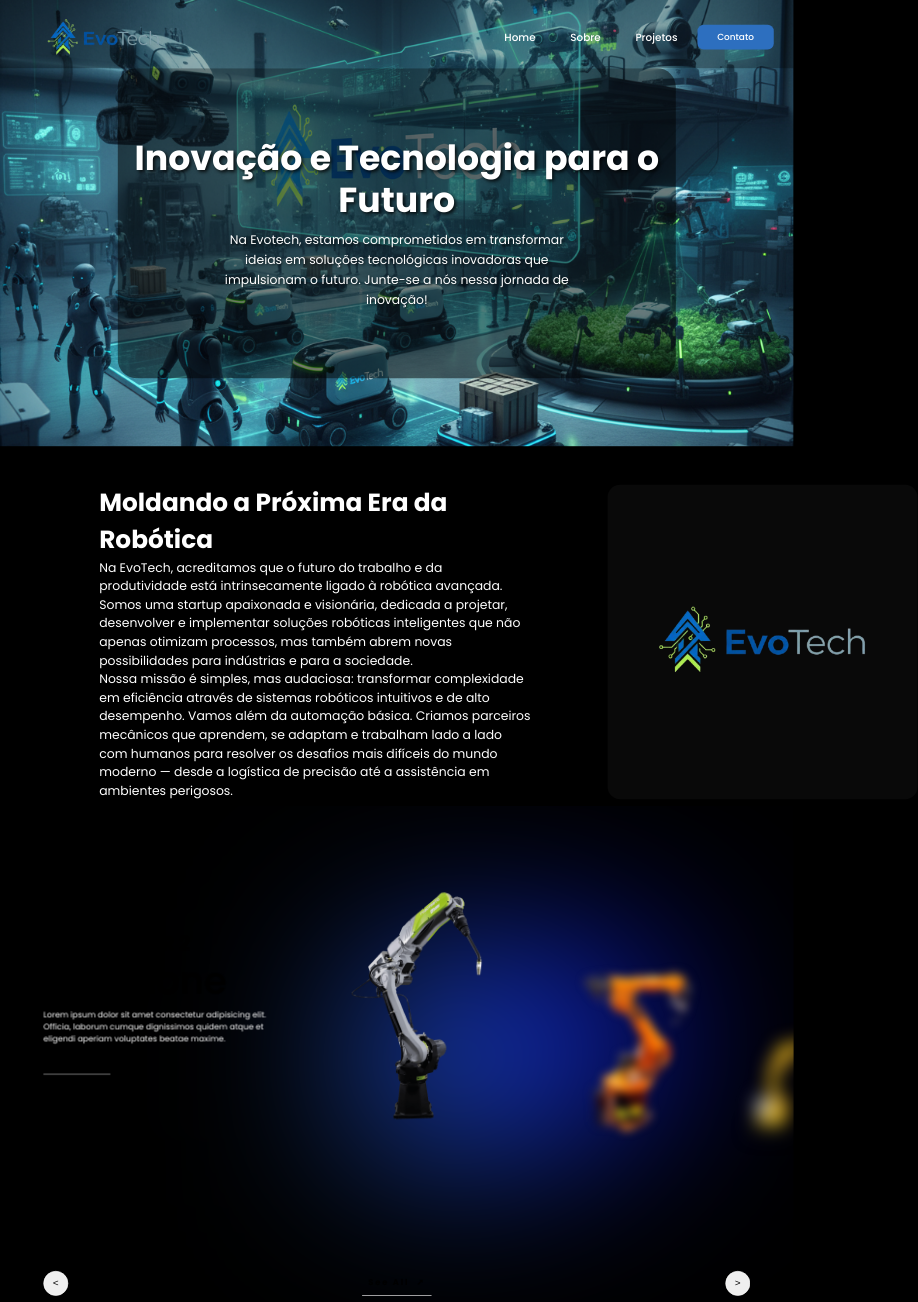
Repository: IsaacDEV10/EvoTech
Page: /
The author's editor kept a copy of each file at every save. The page is drawn from the files as they stood at one save, then again after the next save.
The browser window is 1280 px wide. The page is 1480 px wide, so the pictures cover 1480 px, including what lies to the right of the window. The pictures show the whole page, at 62% of full size.
The project was rebuilt for these pictures with package versions that can differ from the ones it lists, and the page was loaded fresh each time. Also part of the build but not shown: vite.config.js, src/App.css.

Above is the page before, as saved 2025-10-27 16:47:42.

### index.html
<!doctype html>
<html lang="en">
  <head>
    <meta charset="UTF-8" />
    <link rel="icon" type="image/svg+xml" href="/vite.svg" />
    <meta name="viewport" content="width=device-width, initial-scale=1.0" />
    <title>startup</title>
  </head>
  <body>
    <div id="root"></div>
    <script type="module" src="/src/main.jsx"></script>
  </body>
</html>

### src/index.css
@import url('https://fonts.googleapis.com/css2?family=Poppins:ital,wght@0,100;0,200;0,300;0,400;0,500;0,600;0,700;0,800;0,900;1,100;1,200;1,300;1,400;1,500;1,600;1,700;1,800;1,900&display=swap');

* {
  font-family: "poppins", sans-serif;
  margin: 0;
  box-sizing: border-box;
}

body {
  background: black ;

}

### src/App.jsx
import React from 'react';
import './App.css';
import Header from './components/Header/header';
import Hero from './components/Hero/hero';
import About from './components/About/about';
import Missao from './components/Missao/missao';
import Carousel from './components/Carousel/carousel';




const App = () => {
  return (
    <>
      <Header />
      <Hero />
      <About/>
      <Missao />
      <Carousel />
    </>
  );
}

export default App;

### src/components/Header/header.jsx
import React from 'react'
import './header.css'
import logo from '../../assets/evotech.png'
import Contact from '../Contact/contact'


const Header = () => {
  return (
    <nav className='nav-wrapper'>
        <div className='nav-content'>
            <img className='logo' src={logo} alt="" />
            <ul>
                <li>
                    <a className='menu-item' href="">Home</a>
                </li>

                <li>
                    <a className='menu-item' href="">Sobre</a>
                </li>

                <li>
                    <a className='menu-item' href="">Projetos</a>
                </li>
                <Contact/>
            </ul>
        </div>
    </nav>
  )
}

export default Header

### src/components/Hero/hero.jsx
import React from "react";
import "./hero.css";
import heroImage from "../../assets/bg-evotech.png";

const Hero = () => {
  return (
    <section className="hero-container" id="home">
        <div className="hero-content">
            <img className="img-bg" src={heroImage} alt="hero" />
        </div>
        <div className="description">
            <h1>
                Inovação e Tecnologia para o Futuro
            </h1>
            <p>
                Na Evotech, estamos comprometidos em transformar ideias em soluções tecnológicas inovadoras que impulsionam o futuro. Junte-se a nós nessa jornada de inovação!
            </p>
        </div>
    </section>
  );
};

export default Hero;

### src/components/About/about.jsx
import React from "react";
import "./about.css";
import Logo from "../../assets/evotech.png"

const About = () => {
    return (
        <section className="about-container" id="home">
            <div className="about-content">
                <div className="about-text-content">
                    <h1>Moldando a Próxima Era da Robótica</h1>
                    <p>Na EvoTech, acreditamos que o futuro do trabalho e da produtividade está intrinsecamente ligado à robótica avançada. Somos uma startup apaixonada e visionária, dedicada a projetar, desenvolver e implementar soluções robóticas inteligentes que não apenas otimizam processos, mas também abrem novas possibilidades para indústrias e para a sociedade. <br /> Nossa missão é simples, mas audaciosa: transformar complexidade em eficiência através de sistemas robóticos intuitivos e de alto desempenho.

Vamos além da automação básica. Criamos parceiros mecânicos que aprendem, se adaptam e trabalham lado a lado com humanos para resolver os desafios mais difíceis do mundo moderno — desde a logística de precisão até a assistência em ambientes perigosos.</p>
                </div>
                <div className="about-image">
                    <img src={Logo} alt="Logo da EvoTech" />
                </div>
            </div>
        </section>
    );
};

export default About;

### src/components/Missao/missao.jsx
import React from "react";
import Carousel from "../Carousel/carousel";



const Missao = () => {
    return (
        <section>
        </section>
    );
};

export default Missao;

### src/components/Contact/contact.jsx
import React from 'react';
import Popup from 'reactjs-popup';
import './contact.css';
import { FaInstagram } from 'react-icons/fa';
import { MdPhone } from 'react-icons/md';
import { FiMail } from 'react-icons/fi';

const Contact = () => (
  <Popup
    trigger={<button className="contact-btn"> Contato </button>}
    modal
    animation="fade"
    overlayClassName="custom-overlay"
    contentClassName="custom-modal-content"
  >
    {close => (
      <div className="popup-container">
        {}
        <button
          onClick={close}
          className="popup-close-button"
        >
          &times;
        </button>

        {}
        <div className="popup-header">
          <h2>Fale Conosco!</h2>
          <p>Escolha o melhor canal de contato:</p>
        </div>


        {}
        <div className="icon-container">

          {}
          <a href="URL_DO_INSTAGRAM" target="_blank" rel="noopener noreferrer">
            {}
            <FaInstagram size={35} color="#E1306C" />
          </a>

          {}
          <a href="tel:+5511987654321">
            <MdPhone size={35} color="#25D366" />
          </a>

          {}
          <a href="mailto:seu.email@exemplo.com">
            <FiMail size={35} color="#DB4437" />
          </a>

        </div>


      </div>
    )}
  </Popup>
);

export default Contact;

### src/components/Hero/hero.css
.hero-container {
    height: auto;
    min-height: 100vh;
    width: 100%;
    position: relative;
    overflow: hidden;
    display: flex;
    align-items: center;
    justify-content: center;

}

.img-bg {
    width: 100%;
    height: 100%;
    object-fit: cover;
    position: absolute;
    top: 0;
    left: 0;
    z-index: 1;
}

.description {
    position: relative;
    z-index: 2;
    display: flex;
    align-items: center;
    justify-content: center;
    flex-direction: column;
    color: #fff;
    padding: 20px;
    text-align: center;
    max-width: 900px;
    height: 500px;
    margin: 0 auto;
    background-color: #00000081;
    border-radius: 30px;
}

.description h1 {
    font-size: 3.5rem; /* Ajuste para um tamanho grande, mas controlado */
    line-height: 1.2;
    margin-bottom: 15px;
    text-shadow: 3px 3px 6px rgba(0, 0, 0, 0.8);
    font-weight: bold;
}

.description p {
    font-size: 1.25rem; /* Ajuste para um tamanho mais moderado */
    line-height: 1.6;
    max-width: 600px; /* Reduzindo a largura máxima do parágrafo */
    text-shadow: 2px 2px 4px rgba(0, 0, 0, 0.7);
}

/* Media Queries para manter a responsividade em telas menores */
@media (max-width: 992px) {
    .description h1 {
        font-size: 3rem;
    }
    .description p {
        font-size: 1.15rem;
    }
}

@media (max-width: 768px) {
    .hero-container {
        min-height: 80vh;
    }
    .description h1 {
        font-size: 2.5rem; /* Tamanho bom para tablets e celulares grandes */
        margin-bottom: 10px;
    }
    .description p {
        font-size: 1rem;
        max-width: 90%;
    }
}

@media (max-width: 480px) {
    .description h1 {
        font-size: 2rem; /* Tamanho para celulares pequenos */
    }
    .description p {
        font-size: 0.95rem;
    }
}

### src/components/About/about.css
.about-container {
    padding: 60px 40px;
}

.about-content {
    display: flex;
    flex-direction: row;
    align-items: center;
    gap: 120px;
    max-width: 1500px;
    margin: 0 120px;
}

.about-text-content {
    flex: 1;
    color: #fff;
    min-width: 700px;
    font-family: 'Poppins', sans-serif;
}
.about-text-content h1 {
    font-size: 40px;
}

.about-text-content p {
    font-size: 20px
}

.about-image {
    flex: 1;
    width: 800px;
    text-align: center;
    background-color: #ffffff09;
    border-radius: 20px;
}

@media (max-width: 768px) {
    .about-content {
        flex-direction: column;
        text-align: center;
    }

    .about-text-content {
        order: 2;
    }

    .about-image {
        order: 1;
        width: 80%;
        margin-bottom: 20px;
    }
}

### src/components/Carousel/carousel.css
@import url('https://fonts.googleapis.com/css2?family=Poppins:ital,wght@0,100;0,200;0,300;0,400;0,500;0,600;0,700;0,800;0,900;1,100;1,200;1,300;1,400;1,500;1,600;1,700;1,800;1,900&display=swap');
body{
    margin: 0;
    font-family: Poppins;
}
:root{
    --item1-transform: translateX(-100%) translateY(-5%) scale(1.5);
    --item1-filter: blur(30px);
    --item1-zIndex: 11;
    --item1-opacity: 0;

    --item2-transform: translateX(0);
    --item2-filter: blur(0px);
    --item2-zIndex: 10;
    --item2-opacity: 1;

    --item3-transform: translate(50%,10%) scale(0.8);
    --item3-filter: blur(10px);
    --item3-zIndex: 9;
    --item3-opacity: 1;

    --item4-transform: translate(90%,20%) scale(0.5);
    --item4-filter: blur(30px);
    --item4-zIndex: 8;
    --item4-opacity: 1;

    --item5-transform: translate(120%,30%) scale(0.3);
    --item5-filter: blur(40px);
    --item5-zIndex: 7;
    --item5-opacity: 0;
}
header{
    width: 1140px;
    max-width: 90%;
    display: flex;
    justify-content: space-between;
    margin: auto;
    height: 50px;
    align-items: center;
}
header .logo{
    font-weight: bold;
}
header nav a{
    margin-left: 30px;
    text-decoration: none;
    color: #ffff;
    font-weight: 500;
}

/* carousel */
.carousel{
    position: relative;
    height: 800px;
    overflow: hidden;
    margin-top: -50px;
}
.carousel .list{
    position: absolute;
    width: 1140px;
    max-width: 90%;
    height: 80%;
    left: 50%;
    transform: translateX(-50%);
}
.carousel .list .item{
    position: absolute;
    left: 0%;
    width: 70%;
    height: 100%;
    font-size: 15px;
    transition: left 0.5s, opacity 0.5s, width 0.5s;
}
.carousel .list .item:nth-child(n + 6){
    opacity: 0;
}
.carousel .list .item:nth-child(2){
    z-index: 10;
    transform: translateX(0);
}
.carousel .list .item img{
    width: 50%;
    position: absolute;
    right: 0;
    top: 50%;
    transform: translateY(-50%);
    transition: right 1.5s;
}

.carousel .list .item .introduce{
    opacity: 0;
    pointer-events: none;
}
.carousel .list .item:nth-child(2) .introduce{
    opacity: 1;
    pointer-events: auto;
    width: 400px;
    position: absolute;
    top: 50%;
    transform:  translateY(-50%);
    transition: opacity 0.5s;
}
.carousel .list .item .introduce .title{
    font-size: 2em;
    font-weight: 500;
    line-height: 1em;
}
.carousel .list .item .introduce .topic{
    font-size: 4em;
    font-weight: 500;
}
.carousel .list .item .introduce .des{
    font-size: small;
    color: #fff;
}
.carousel .list .item .introduce .seeMore{
    font-family: Poppins;
    margin-top: 1.2em;
    padding: 5px 0;
    border: none;
    border-bottom: 1px solid #fff;
    background-color: transparent;
    font-weight: bold;
    letter-spacing: 3px;
    transition: background 0.5s;
}
.carousel .list .item .introduce .seeMore:hover{
    background: #eee;
}
.carousel .list .item:nth-child(1){
    transform: var(--item1-transform);
    filter: var(--item1-filter);
    z-index: var(--item1-zIndex);
    opacity: var(--item1-opacity);
    pointer-events: none;
}
.carousel .list .item:nth-child(3){
    transform: var(--item3-transform);
    filter: var(--item3-filter);
    z-index: var(--item3-zIndex);
}
.carousel .list .item:nth-child(4){
    transform: var(--item4-transform);
    filter: var(--item4-filter);
    z-index: var(--item4-zIndex);
}
.carousel .list .item:nth-child(5){
    transform: var(--item5-transform);
    filter: var(--item5-filter);
    opacity: var(--item5-opacity);
    pointer-events: none;
}
/* animation text in item2 */
.carousel .list .item:nth-child(2) .introduce .title,
.carousel .list .item:nth-child(2) .introduce .topic,
.carousel .list .item:nth-child(2) .introduce .des,
.carousel .list .item:nth-child(2) .introduce .seeMore{
    opacity: 0;
    animation: showContent 0.5s 1s ease-in-out 1 forwards;
}
@keyframes showContent{
    from{
        transform: translateY(-30px);
        filter: blur(10px);
    }to{
        transform: translateY(0);
        opacity: 1;
        filter: blur(0px);
    }
}
.carousel .list .item:nth-child(2) .introduce .topic{
    animation-delay: 1.2s;
}
.carousel .list .item:nth-child(2) .introduce .des{
    animation-delay: 1.4s;
}
.carousel .list .item:nth-child(2) .introduce .seeMore{
    animation-delay: 1.6s;
}
/* next click */
.carousel.next .item:nth-child(1){
    animation: transformFromPosition2 0.5s ease-in-out 1 forwards;
}
@keyframes transformFromPosition2{
    from{
        transform: var(--item2-transform);
        filter: var(--item2-filter);
        opacity: var(--item2-opacity);
    }
}
.carousel.next .item:nth-child(2){
    animation: transformFromPosition3 0.7s ease-in-out 1 forwards;
}
@keyframes transformFromPosition3{
    from{
        transform: var(--item3-transform);
        filter: var(--item3-filter);
        opacity: var(--item3-opacity);
    }
}
.carousel.next .item:nth-child(3){
    animation: transformFromPosition4 0.9s ease-in-out 1 forwards;
}
@keyframes transformFromPosition4{
    from{
        transform: var(--item4-transform);
        filter: var(--item4-filter);
        opacity: var(--item4-opacity);
    }
}
.carousel.next .item:nth-child(4){
    animation: transformFromPosition5 1.1s ease-in-out 1 forwards;
}
@keyframes transformFromPosition5{
    from{
        transform: var(--item5-transform);
        filter: var(--item5-filter);
        opacity: var(--item5-opacity);
    }
}
/* previous */
.carousel.prev .list .item:nth-child(5){
    animation: transformFromPosition4 0.5s ease-in-out 1 forwards;
}
.carousel.prev .list .item:nth-child(4){
    animation: transformFromPosition3 0.7s ease-in-out 1 forwards;
}
.carousel.prev .list .item:nth-child(3){
    animation: transformFromPosition2 0.9s ease-in-out 1 forwards;
}
.carousel.prev .list .item:nth-child(2){
    animation: transformFromPosition1 1.1s ease-in-out 1 forwards;
}
@keyframes transformFromPosition1{
    from{
        transform: var(--item1-transform);
        filter: var(--item1-filter);
        opacity: var(--item1-opacity);
    }
}

/* detail  */
.carousel .list .item .detail{
    opacity: 0;
    pointer-events: none;
}
/* showDetail */
.carousel.showDetail .list .item:nth-child(3),
.carousel.showDetail .list .item:nth-child(4){
    left: 100%;
    opacity: 0;
    pointer-events: none;
}
.carousel.showDetail .list .item:nth-child(2){
    width: 100%;
}
.carousel.showDetail .list .item:nth-child(2) .introduce{
    opacity: 0;
    pointer-events: none;
}
.carousel.showDetail .list .item:nth-child(2) img{
    right: 50%;
}
.carousel.showDetail .list .item:nth-child(2) .detail{
    opacity: 1;
    width: 50%;
    position: absolute;
    right: 0;
    top: 50%;
    transform: translateY(-50%);
    text-align: right;
    pointer-events: auto;
}
.carousel.showDetail .list .item:nth-child(2) .detail .title{
    font-size: 4em;
}
.carousel.showDetail .list .item:nth-child(2) .detail .specifications{
    display: flex;
    gap: 10px;
    width: 100%;
    border-top: 1px solid #fff;
    margin-top: 20px;
}
.carousel.showDetail .list .item:nth-child(2) .detail .specifications div{
    width: 90px;
    text-align: center;
    flex-shrink: 0;
}
.carousel.showDetail .list .item:nth-child(2) .detail .specifications div p:nth-child(1){
    font-weight: bold;
}
.carousel.carousel.showDetail .list .item:nth-child(2) .checkout button{
    font-family: Poppins;
    background-color: transparent;
    border: 1px solid #ffff;
    margin-left: 5px;
    padding: 5px 10px;
    letter-spacing: 2px;
    font-weight: 500;
}
.carousel.carousel.showDetail .list .item:nth-child(2) .checkout button:nth-child(2){
    background-color: #693EFF;
    color: #eee;
}
.carousel.showDetail .list .item:nth-child(2) .detail  .title,
.carousel.showDetail .list .item:nth-child(2) .detail  .des,
.carousel.showDetail .list .item:nth-child(2) .detail .specifications,
.carousel.showDetail .list .item:nth-child(2) .detail .checkout{
    opacity: 0;
    animation: showContent 0.5s 1s ease-in-out 1 forwards;
}
.carousel.showDetail .list .item:nth-child(2) .detail  .des{
    animation-delay: 1.2s;
}
.carousel.showDetail .list .item:nth-child(2) .detail .specifications{
    animation-delay: 1.4s;
}
.carousel.showDetail .list .item:nth-child(2) .detail .checkout{
    animation-delay: 1.6s;
}
.arrows{
    position: absolute;
    bottom: 10px;
    width: 1140px;
    max-width: 90%;
    display: flex;
    justify-content: space-between;
    left: 50%;
    transform: translateX(-50%);
}
#prev,
#next{
    width: 40px;
    height: 40px;
    border-radius: 50%;
    font-family: monospace;
    border: 1px solid #ffff;
    font-size: large;
    bottom: 20%;
    left: 10%;
}
#next{
    left: unset;
    right: 10%;
}
#back{
    position: absolute;
    z-index: 100;
    bottom: 0%;
    left: 50%;
    transform: translateX(-50%);
    border: none;
    border-bottom: 1px solid #fff;
    font-family: Poppins;
    font-weight: bold;
    letter-spacing: 3px;
    background-color: transparent;
    padding: 10px;
    /* opacity: 0; */
    transition: opacity 0.5s;
}
.carousel.showDetail #back{
    opacity: 1;
}
.carousel.showDetail #prev,
.carousel.showDetail #next{
    opacity: 0;
    pointer-events: none;
}
.carousel::before{
    width: 500px;
    height: 300px;
    content: '';
    background-image: linear-gradient(70deg, #2D6FBF, blue);
    position: absolute;
    z-index: -1;
    border-radius: 20% 30% 80% 10%;
    filter: blur(150px);
    top: 50%;
    left: 50%;
    transform: translate(-10%, -50%);
    transition: 1s;
}
.carousel.showDetail::before{
    transform: translate(-100%, -50%) rotate(90deg);
    filter: blur(130px);
}
@media screen and (max-width: 991px){
    /* ipad, tablets */
    .carousel .list .item{
        width: 90%;
    }
    .carousel.showDetail .list .item:nth-child(2) .detail .specifications{
        overflow: auto;
    }
    .carousel.showDetail .list .item:nth-child(2) .detail .title{
        font-size: 2em;
    }
}
@media screen and (max-width: 767px){
    /* mobile */
    .carousel{
        height: 600px;
    }
    .carousel .list .item{
        width: 100%;
        font-size: 10px;
    }

    .carousel .list{
        height: 100%;
    }
    .carousel .list .item:nth-child(2) .introduce{
        width: 50%;
    }

    .carousel .list .item img{
        width: 40%;
    }
    .carousel.showDetail .list .item:nth-child(2) .detail{
        backdrop-filter: blur(10px);
        font-size: small;
    }
    .carousel .list .item:nth-child(2) .introduce .des,
    .carousel.showDetail .list .item:nth-child(2) .detail .des{
        height: 100px;
        overflow: auto;
    }
    .carousel.showDetail .list .item:nth-child(2) .detail .checkout{
        display: flex;
        width: max-content;
        float: right;
    }
}

### src/components/Contact/contact.css
.custom-overlay {
  background-color: #282C34;
  transition: opacity 0.3s ease-in-out;
}

.contact-btn {
    font-size: 0.9rem;
    font-weight: 500;
    display: flex;
    align-items: center;
    justify-content: center;
    color: #fff;
    background:#2D6FBF;
    padding: 0.6rem 2rem;
    border: none;
    outline: 1.5px solid transparent;
    border-radius: 10px;
    cursor: pointer;
    transition: all 0.3s ease;
}

.contact-btn a {
    text-decoration: none;
    color: #fff;
}

.contact-btn:hover {
    color: black;
    background: #76F014;
    outline: 1.5px solid black;
}

.custom-modal-content {
    opacity: 0;
    animation: fadeIn 0.3s ease-in-out;
  z-index: 1000;
}

.popup-container{
  background-color: #282C34;
  padding: 50px !important;
  border-radius: 15px !important;
  border: none !important;
  box-shadow: 0 4px 12px rgba(0, 0, 0, 0.2) !important;
  animation: fadeIn 0.3s ease-in-out;
  z-index: 1000;
  width: 400px;
}

.popup-header {
  text-align: center;
  margin-bottom: 20px;
  color: #76F014;
}

.icon-container {
  display: flex;
  justify-content: space-around;
  margin-top: 30px;
  margin-bottom: 30px;
  padding: 20px;
}

.popup-close-button {
  position: absolute;
  top: 10px;
  right: 10px;
  border: none;
  background: none;
  font-size: 1.5rem;
  cursor: pointer;
  color: #ffffff;
}

.popup-footer-button {
  margin-top: 20px;
  padding: 10px 20px;
  cursor: pointer;
  border: 1px solid #ccc;
  border-radius: 4px;
  background-color: #f0f0f0;
  color: #333;
  width: 100%;
}

.custom-modal-content.popup-content-enter-active {
    opacity: 1 !important;
    transform: scale(1) !important;
}

.custom-overlay.popup-overlay-enter-active {
    opacity: 1 !important;
}

.custom-modal-content.popup-content-exit {
    opacity: 0 !important;
    transform: scale(0.95) !important;
}

.custom-overlay.popup-overlay-exit {
    opacity: 0 !important;
}

Loaded but not shown: src/main.jsx (common file); src/components/Carousel/carousel.jsx (138 lines, source omitted); src/components/Header/header.css (141 lines, source omitted)

After the next save:
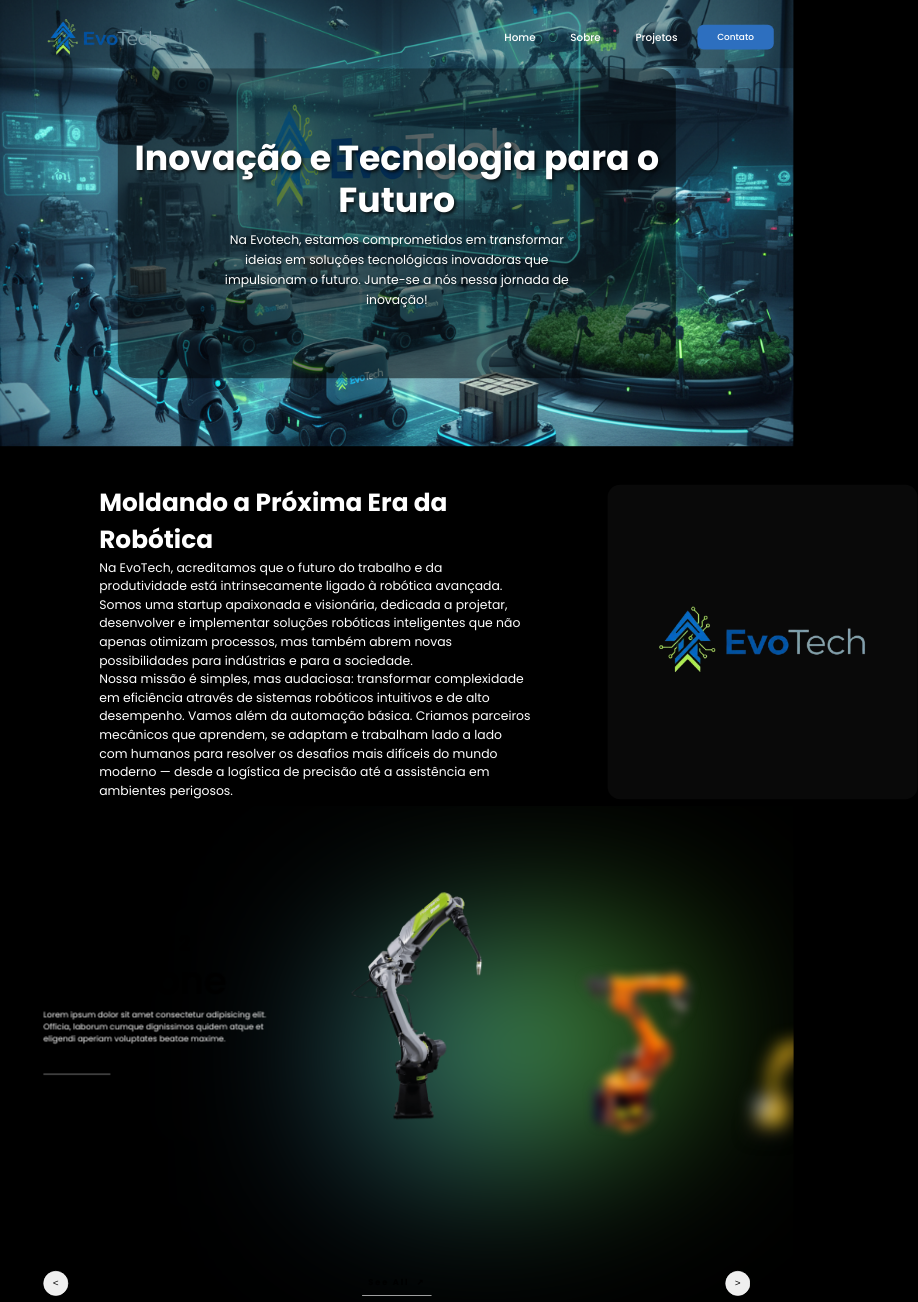
Saved 10 s later.
--- a/src/components/Carousel/carousel.css
+++ b/src/components/Carousel/carousel.css
@@ -371,7 +371,7 @@
     width: 500px;
     height: 300px;
     content: '';
-    background-image: linear-gradient(70deg, #2D6FBF, blue);
+    background-image: linear-gradient(70deg, #2D6FBF, #76F014);
     position: absolute;
     z-index: -1;
     border-radius: 20% 30% 80% 10%;
